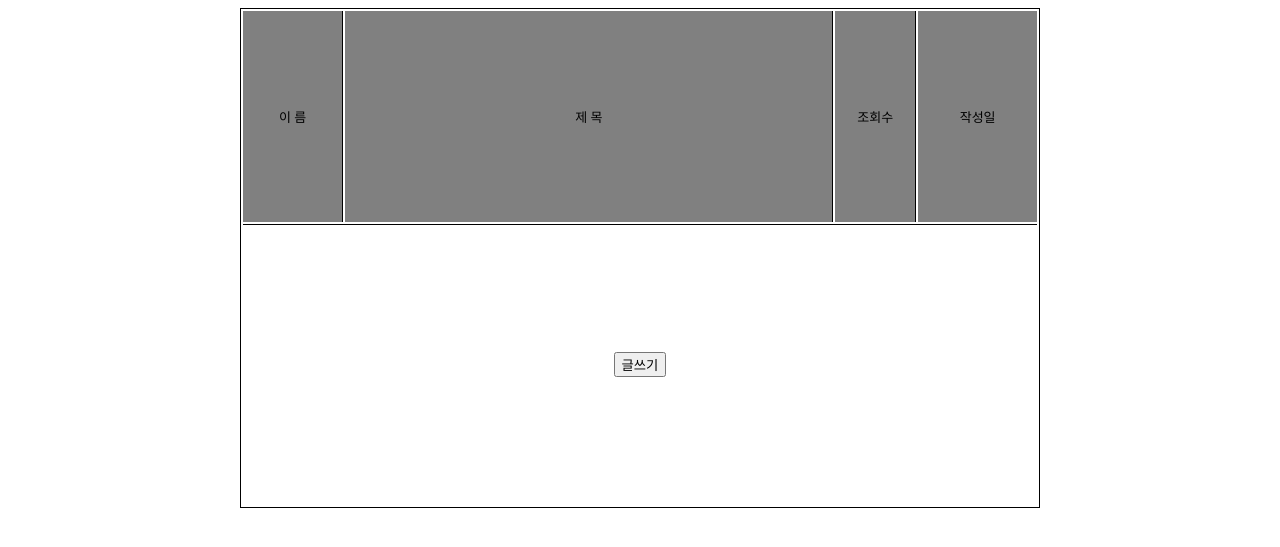
Repository: shbaksa/study
Page: http://localhost/mw_0617/test/list.jsp
An editor plug-in stored every save of this project. The page is shown before and after the next save, followed by the edit.
The browser window is 1280 px wide. The pictures show the whole page.
The page is served by Tomcat 9. Queries for data that is not in the repository find no rows.

Above is the page before, as saved 2022-06-17 05:13:31.

### mw_0617/src/main/webapp/test/list.jsp
<%@ page language="java" contentType="text/html; charset=UTF-8"
    pageEncoding="UTF-8"%>
<!DOCTYPE html>
<html>
<head>
<meta charset="UTF-8">
<title>Insert title here</title>
<%@ page import="java.sql.*" %>

	<%
		// DB연결
		Class.forName("com.mysql.jdbc.Driver");
  		String db="jdbc:mysql://localhost:3306/first";
  		Connection conn=DriverManager.getConnection(db,"root","1234");

		// 쿼리생성
		String sql = "select * from gesipan";
		PreparedStatement pstmt = conn.prepareStatement(sql);
		// 쿼리실행
		ResultSet rs = pstmt.executeQuery();


	%>
	<style>
	table {
		border : 1px solid black;
		font-size : 13px;
	}
	td {
		border-right : 1px solid black;
		border-top : 1px solid black;
	}
	td:last-child {
		border-right : none;
	}
	tr {
		border-top : 1px solid black;
		border-bottom : 1px solid black;
	}
	</style>
</head>
<body>

	<table width="800" height="500" align="center">
	<tr align="center" style="background:gray;">
	<td style="border-top:none;" width="100">이 름</td>
	<td style="border-top:none;" width="500">제 목</td>
	<td style="border-top:none;" width="80">조회수</td>
	<td style="border-top:none;" width="120">작성일</td>
	</tr>
	<%while(rs.next()) { %>
	<tr>
	<td><%=rs.getString("name") %></td>
	<td onclick="location='readnum.jsp?id=<%=rs.getInt("id")%>'"><%=rs.getString("title") %></td>
	<td align="center"><%=rs.getString("readnum") %></td>
	<td><%=rs.getString("writeday") %></td>
	</tr>
	<% } %>
	<tr>
	<td colspan="4" align="center"><form method="post" action="write.jsp"> <input type="submit" value="글쓰기"> </form></td>
	</tr>

	</table>
</body>
</html>


<%
pstmt.close();
conn.close();
%>

After the next save:
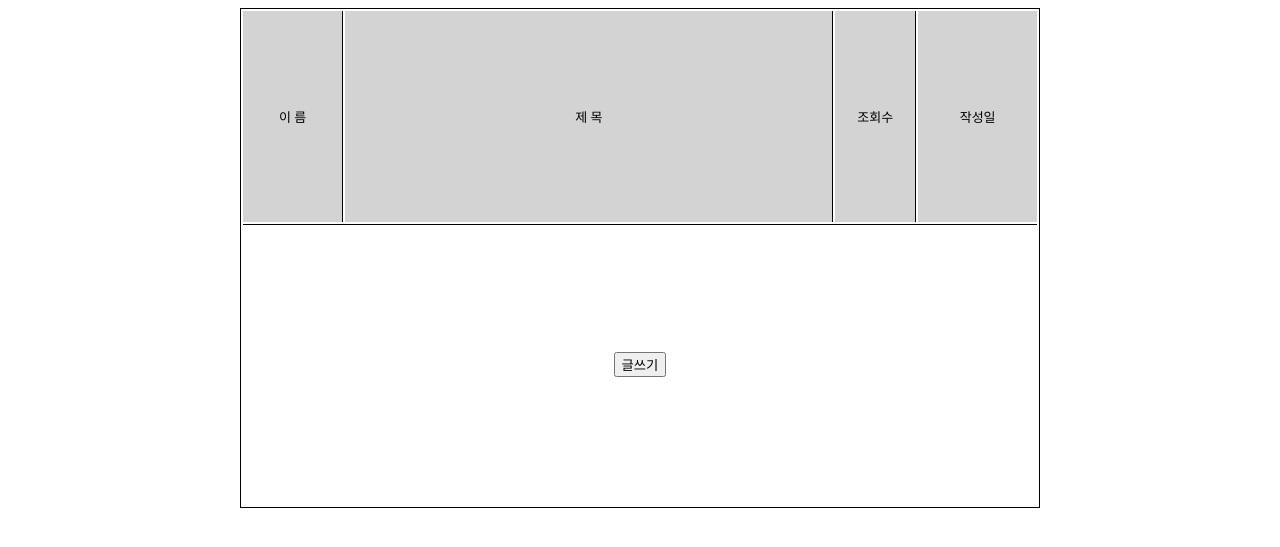
Saved 8 s later.
--- a/mw_0617/src/main/webapp/test/list.jsp
+++ b/mw_0617/src/main/webapp/test/list.jsp
@@ -42,7 +42,7 @@
 <body>
 
 	<table width="800" height="500" align="center">
-	<tr align="center" style="background:gray;">
+	<tr align="center" style="background:lightgray;">
 	<td style="border-top:none;" width="100">이 름</td>
 	<td style="border-top:none;" width="500">제 목</td>
 	<td style="border-top:none;" width="80">조회수</td>
